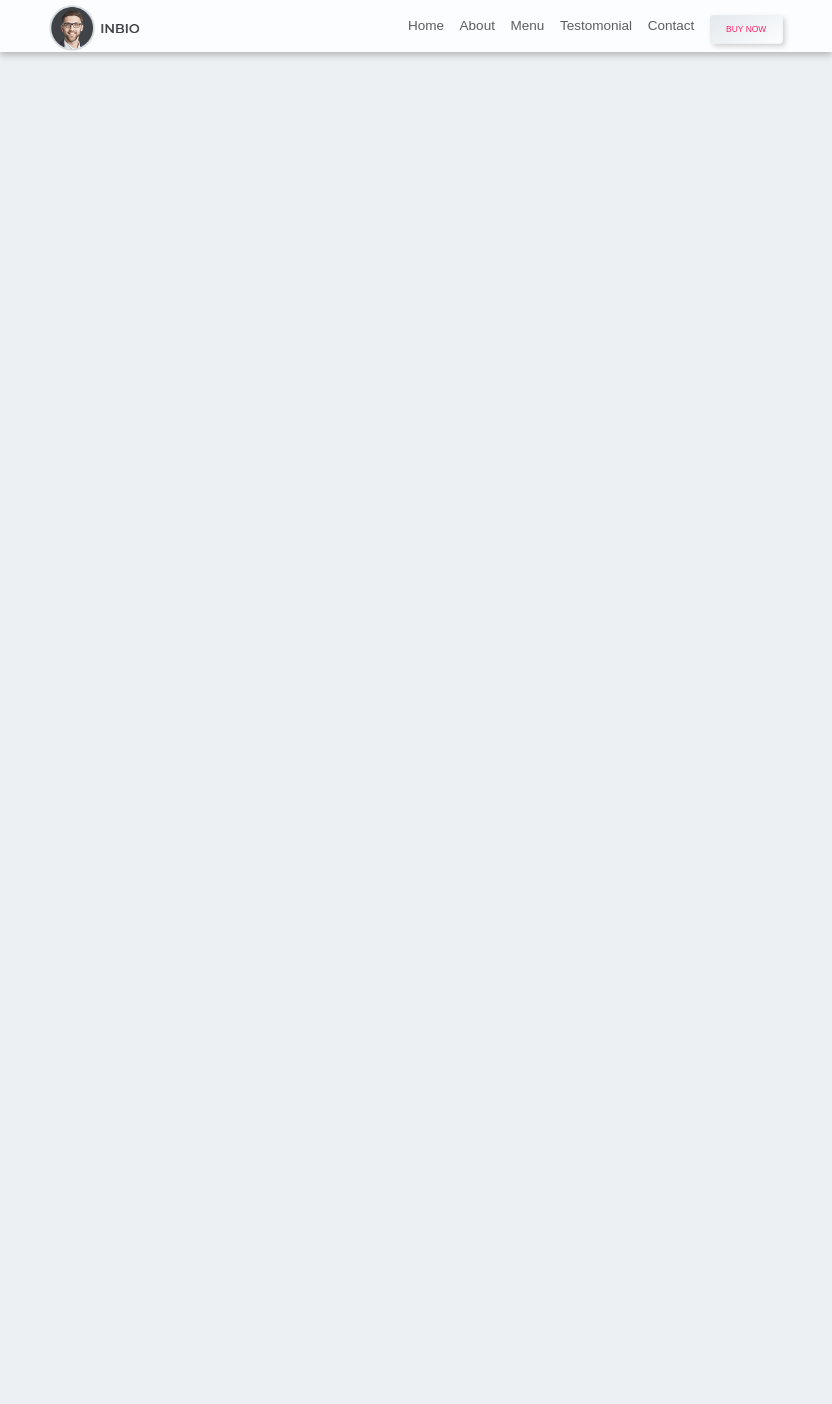
Repository: Sanjayjangra88/PortFolio
Page: /
The author's editor kept a copy of each file at every save. The page is drawn from the files as they stood at one save, then again after the next save.
The browser window is 1280 px wide. The pictures show the whole page, at 65% of full size.
Some web libraries are served in a nearby version. The project was rebuilt for these pictures with package versions that can differ from the ones it lists, and the page was loaded fresh each time. Imported but missing from the stored project, and not drawn on this page: src/Components/Header/Navbar.

Above is the page before, as saved 2022-09-10 17:31:51.

### public/index.html
<!DOCTYPE html>
<html lang="en">
  <head>
    <meta charset="utf-8" />
    <link rel="icon" href="%PUBLIC_URL%/favicon.ico" />
    <meta name="viewport" content="width=device-width, initial-scale=1" />
    <meta name="theme-color" content="#000000" />
    <meta
      name="description"
      content="Web site created using create-react-app"
    />
    <link rel="apple-touch-icon" href="%PUBLIC_URL%/logo192.png" />
    <!--
      manifest.json provides metadata used when your web app is installed on a
      user's mobile device or desktop. See https://developers.google.com/web/fundamentals/web-app-manifest/
    -->
    <link rel="manifest" href="%PUBLIC_URL%/manifest.json" />
    <link rel="stylesheet" href="https://cdnjs.cloudflare.com/ajax/libs/font-awesome/6.1.1/css/all.min.css" integrity="sha512-KfkfwYDsLkIlwQp6LFnl8zNdLGxu9YAA1QvwINks4PhcElQSvqcyVLLD9aMhXd13uQjoXtEKNosOWaZqXgel0g==" crossorigin="anonymous" referrerpolicy="no-referrer" />

    <!--
      Notice the use of %PUBLIC_URL% in the tags above.
      It will be replaced with the URL of the `public` folder during the build.
      Only files inside the `public` folder can be referenced from the HTML.

      Unlike "/favicon.ico" or "favicon.ico", "%PUBLIC_URL%/favicon.ico" will
      work correctly both with client-side routing and a non-root public URL.
      Learn how to configure a non-root public URL by running `npm run build`.
    -->

    <link rel="manifest" href="%PUBLIC_URL%/manifest.json" />
    <link href="https://cdn.jsdelivr.net/npm/bootstrap@5.0.2/dist/css/bootstrap.min.css" rel="stylesheet" integrity="sha384-EVSTQN3/azprG1Anm3QDgpJLIm9Nao0Yz1ztcQTwFspd3yD65VohhpuuCOmLASjC" crossorigin="anonymous">
    <title>React App</title>
  </head>
  <body>
    <noscript>You need to enable JavaScript to run this app.</noscript>
    <div id="root"></div>
    <script src="https://kit.fontawesome.com/7578c5a215.js" crossorigin="anonymous"></script>
    <!--
      This HTML file is a template.
      If you open it directly in the browser, you will see an empty page.

      You can add webfonts, meta tags, or analytics to this file.
      The build step will place the bundled scripts into the <body> tag.

      To begin the development, run `npm start` or `yarn start`.
      To create a production bundle, use `npm run build` or `yarn build`.
    -->

    <script src="https://cdn.jsdelivr.net/npm/@popperjs/core@2.9.2/dist/umd/popper.min.js" integrity="sha384-IQsoLXl5PILFhosVNubq5LC7Qb9DXgDA9i+tQ8Zj3iwWAwPtgFTxbJ8NT4GN1R8p" crossorigin="anonymous"></script>
<script src="https://cdn.jsdelivr.net/npm/bootstrap@5.0.2/dist/js/bootstrap.min.js" integrity="sha384-cVKIPhGWiC2Al4u+LWgxfKTRIcfu0JTxR+EQDz/bgldoEyl4H0zUF0QKbrJ0EcQF" crossorigin="anonymous"></script>
  </body>
</html>

### src/App.js
import React from 'react'
import Header from './Components/Header/Header';
import "./App.css"

import Navbar from './Components/Header/Navbar';

const App = () => {
  return (
    <>
      <Header/>
      {/* <Navbar/> */}
    </>
  )
}

export default App

### src/Components/Header/Header.jsx
import React, { useState } from "react"
import "./header.css"
import logo from "../Pic/logo.png"

const Header = () => {
return (
    <>
      {/* <header className='header'>
        <div className='container d_flex'>
          <div className='logo'>
            <img src={logo} alt='' />
          </div>

          <div className='navlink'>
            <ul className="nav-links-mobile">
              <li>
                <a href='#home'>home</a>
              </li>
              <li>
                <a href='#features'>features</a>
              </li>
              <li>
                <a href='#portfolio'>portfolio</a>
              </li>
              <li>
                <a href='#resume'>resume</a>
              </li>
              <li>
                <a href='#clients'>clients</a>
              </li>
              <li>
                <a href='#blog'>blog</a>
              </li>
              <li>
                <a href='#contact'>contact</a>
              </li>
              <li>
                <button className='home-btn'>BUY NOW</button>
              </li>
            </ul>


          </div>
        </div>
      </header> */}
        <nav className='navbar'>
        <div className='navbar-container container'>
            <input type="checkbox"name=""id=""/>
            <div className="hamburger-lines">
                <span className='line line1'></span>
                <span className='line line2'></span>
                <span className='line line3'></span>
            </div>
            <ul className='menu-items'>
                <li><a href='#'>Home</a></li>
                <li><a href='#'>About</a></li>
                <li><a href='#'>Menu</a></li>
                <li><a href='#'>Testomonial</a></li>
                <li><a href='#'>Contact</a></li>
                <li><button className='home-btn'>BUY NOW</button></li>

            </ul>
            <h1 className='logo'><img src={logo} alt='my' /></h1>

        </div>
        </nav>
      <section className="demo"></section>
    </>
  )
}

export default Header

### src/App.css
@import url('https://fonts.googleapis.com/css2?family=Dancing+Script&family=EB+Garamond:ital,wght@1,500&family=Roboto+Slab:wght@300&display=swap');
* {
  padding: 0;
  margin: 0;
  box-sizing: border-box;
}
html {
  scroll-behavior: smooth;
}
body {
  font-family: "Poppins", sans-serif;
  background-color: #ecf0f3;
}
.container {
  max-width: 95%;
  margin: auto;
}
.d_flex {
  display: flex;
  justify-content: space-between;
}
.f_flex {
  display: flex;
}
a {
  text-decoration: none;
  color: black;
}
li {
  list-style: none;
}
.uppercase {
  text-transform: uppercase;
}
.capitalize {
  text-transform: capitalize;
}

button {
  border: none;
  outline: none;
  background-color: none;
}

.btn_shadow {
  padding: 18px 25px;
  border-radius: 6px;
  transition: 0.3s all ease;
  cursor: pointer;
  color: #000;
  transition: 0.5s;
}
.btn_shadow {
  background: linear-gradient(145deg, #e2e8ec, #ffffff);
  box-shadow: 4px 4px 8px #cbcbcb, -4px -4px 8px #ffffff;
}
.btn_shadow:hover {
  background: #ff014f;
  color: white;
  transform: translateY(-10px);
}
.box_shodow {
  background: linear-gradient(145deg, #e2e8ec, #ffffff);
  box-shadow: 4px 4px 8px #cbcbcb, -4px -4px 8px #ffffff;
  border-radius: 10px;
}
.row,
.left,
.right {
  width: 50%;
}
.top {
  margin-top: 80px;
}
.mtop {
  margin-top: 40px;
}
.heading {
  margin: 50px 0 50px 0;
}
.heading h4 {
  color: #ff014f;
  letter-spacing: 2px;
  font-weight: 400;
}
.heading h1 {
  font-size: 60px;
  color: #3c3e41;
}
h1 {
  color: #3c3e41;
}
.grid {
  display: grid;
  grid-template-columns: repeat(3, 1fr);
  grid-gap: 35px;
}
p {
  color: #3c3e41;
}
.text-center {
  text-align: center;
}
.primary_color {
  color: #ff014f;
}
textarea,
input {
  width: 100%;
  padding: 20px;
  border-radius: 5px;
  outline: none;
  border: 3px solid #e2e8ec;
  margin-bottom: 20px;
}
/*----------Footer---------*/
footer {
  margin: 20% 0 10% 0;
}
footer p {
  margin-top: 30px;
}
/*----------Footer---------*/
@media (max-width: 768px) {
  .grid {
    grid-template-columns: repeat(2, 1fr);
  }
  .left,
  .right {
    width: 100%;
  }
  }

### src/Components/Header/header.css

*,
*::after,
*::before{
    box-sizing: border-box;
    padding: 0;
    margin: 0;
}

.html{
    font-size: 62.5%;
}

.navbar input[type="checkbox"],
.navbar .hamburger-lines{
    display: none;
}

.container{
    max-width: 1200px;
    width: 90%;
    margin: auto;
}

.navbar{
    box-shadow: 0px 5px 10px 0px #aaa;
    position: fixed;
    width: 100%;
    background: #fff;
    color: #EDAEF9;
    opacity: 0.85;
    z-index: 100;
}

.navbar-container{
    display: flex;
    justify-content: space-between;
    height: 64px;
    align-items: center;
}

.menu-items{
    margin-top: 15px;
    order: 2;
    display: flex;
}
.logo{
    order: 1;
    font-size: 2.3rem;
    margin-bottom: 5px;
}

.menu-items li{
    list-style: none;
    margin-left: 1.5rem;
    font-size: 1.3rem;
}

.navbar a{
    color: #444;
    text-decoration: none;
    font-weight: 500;
    transition: color 0.3s ease-in-out;
}

.navbar a:hover{
    color: #117964;
}
.home-btn:hover {
  background: #ff014f;
  color: white;
}


.home-btn {
  padding: 18px 25px;
  height: 1vh;
  line-height: 1vh;
  font-size: 13px;
  border-radius: 6px;
  transition: 0.3s all ease;
  cursor: pointer;
  height: fit-content;
  color: #ff014f;

}
.home-btn {
  background: linear-gradient(145deg, #e2e8ec, #ffffff);
  box-shadow: 4px 4px 8px #cbcbcb, -4px -4px 8px #ffffff;
}
navbar {
  transition: 0.5s;
  font-size: 13px;
  font-weight: 500;
  letter-spacing: 2px;
}





@media (max-width: 900px){
    .navbar{
        opacity: 0.95;
    }

    .navbar-container input[type="checkbox"],
    .navbar-container .hamburger-lines{
        display: block;
    }

    .navbar-container{
        display: block;
        position: relative;
        height: 64px;
    }

    .navbar-container input[type="checkbox"]{
        position: absolute;
        display: block;
        height: 32px;
        width: 30px;
        top: 20px;
        left: 20px;
        z-index: 5;
        opacity: 0;
        cursor: pointer;
    }

    .navbar-container .hamburger-lines{
        display: block;
        height: 28px;
        width: 35px;
        position: absolute;
        top: 20px;
        left: 20px;
        z-index: 2;
        display: flex;
        flex-direction: column;
        justify-content: space-between;
    }

    .navbar-container .hamburger-lines .line{
        display: block;
        height: 4px;
        width: 100%;
        border-radius: 10px;
        background: #333;
    }

    .navbar-container .hamburger-lines .line1{
        transform-origin: 0% 0%;
        transition: transform 0.3s ease-in-out;
    }

    .navbar-container .hamburger-lines .line2{
        transition: transform 0.2s ease-in-out;
    }

    .navbar-container .hamburger-lines .line3{
        transform-origin: 0% 100%;
        transition: transform 0.3s ease-in-out;
    }

    .navbar .menu-items{
        padding-top: 100px;
        background: #fff;
        height: 100vh;
        max-width: 300px;
        transform: translate(-150%);
        display: flex;
        flex-direction: column;
        margin-left: -40px;
        padding-left: 40px;
        transition: transform 0.5s ease-in-out;
        box-shadow:  5px 0px 10px 0px #aaa;
        overflow: scroll;
    }

    .navbar .menu-items li{
        margin-bottom: 1.8rem;
        font-size: 1.1rem;
        font-weight: 500;
    }

    .logo{
        position: absolute;
        top: 10px;
        right: 15px;
        font-size: 2.5rem;

    }

    .navbar-container input[type="checkbox"]:checked ~ .menu-items{
        transform: translateX(0);
    }

    .navbar-container input[type="checkbox"]:checked ~ .hamburger-lines .line1{
        transform: rotate(45deg);
    }

    .navbar-container input[type="checkbox"]:checked ~ .hamburger-lines .line2{
        transform: scaleY(0);
    }

    .navbar-container input[type="checkbox"]:checked ~ .hamburger-lines .line3{
        transform: rotate(-45deg);
    }
    .home-btn:hover {
      background: #ff014f;
      color: white;

    }


    .home-btn {
      padding: 18px 25px;
      height: 1vh;
      line-height: 1vh;
      font-size: 13px;
      border-radius: 6px;
      transition: 0.3s all ease;
      cursor: pointer;
      height: fit-content;
      color: #ff014f;
      margin-right: 25px;

    }
    .home-btn {
      background: linear-gradient(145deg, #e2e8ec, #ffffff);
      box-shadow: 4px 4px 8px #cbcbcb, -4px -4px 8px #ffffff;
    }

}

@media (max-width: 500px){
    .navbar-container input[type="checkbox"]:checked ~ .logo{
        display: none;
    }
}
.demo{
  height: 300vh;
}

Loaded but not shown: src/index.js (common file); src/index.css (common file); src/reportWebVitals.js (common file)

After the next save:
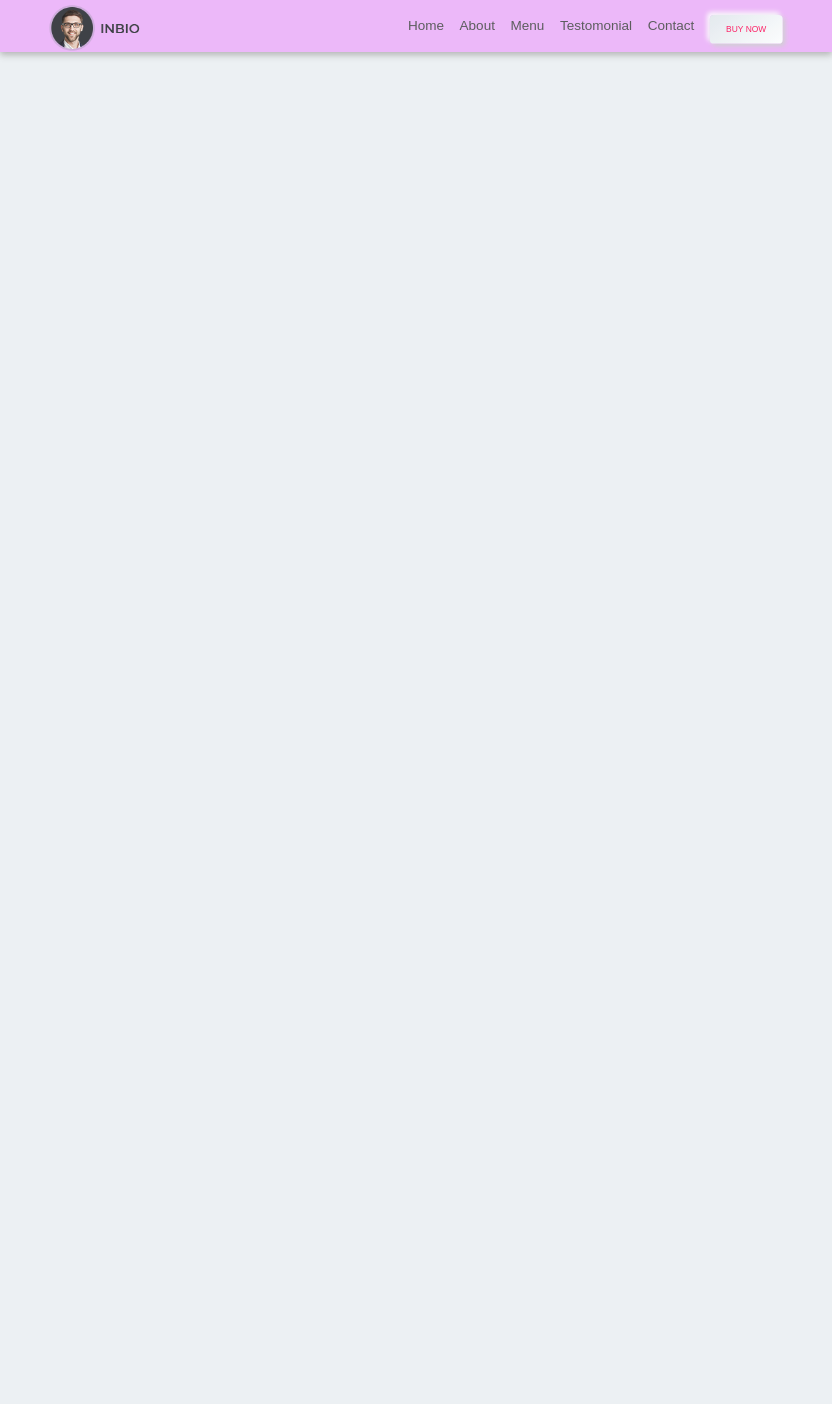
Saved 36 s later.
--- a/src/Components/Header/header.css
+++ b/src/Components/Header/header.css
@@ -26,8 +26,8 @@
     box-shadow: 0px 5px 10px 0px #aaa;
     position: fixed;
     width: 100%;
-    background: #fff;
-    color: #EDAEF9;
+    background: #EDAEF9;
+    color: #000;
     opacity: 0.85;
     z-index: 100;
 }
